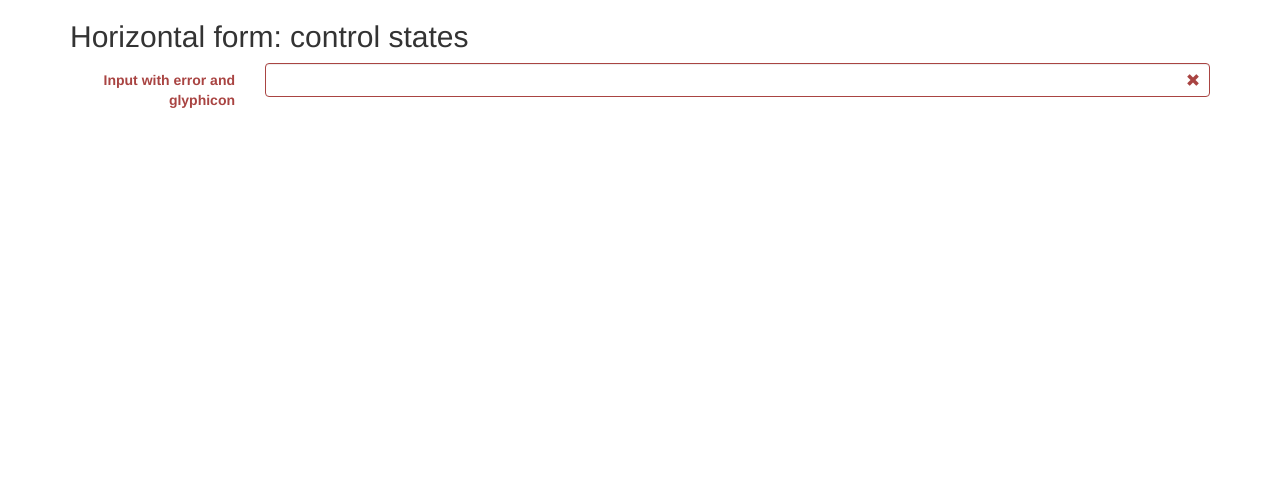
Repository: jjjikolpp/Developer
Page: http://localhost/myProject/inputColor.jsp
The author's editor kept a copy of each file at every save. The page is drawn from the files as they stood at one save, then again after the next save.
The browser window is 1280 px wide. The pictures show the whole page.
Some web libraries are served in a nearby version. The page is served by Tomcat 9. Nobody is signed in. The application's start-up code is not run.

Above is the page before, as saved 2017-04-07 05:32:24.

After the next save:
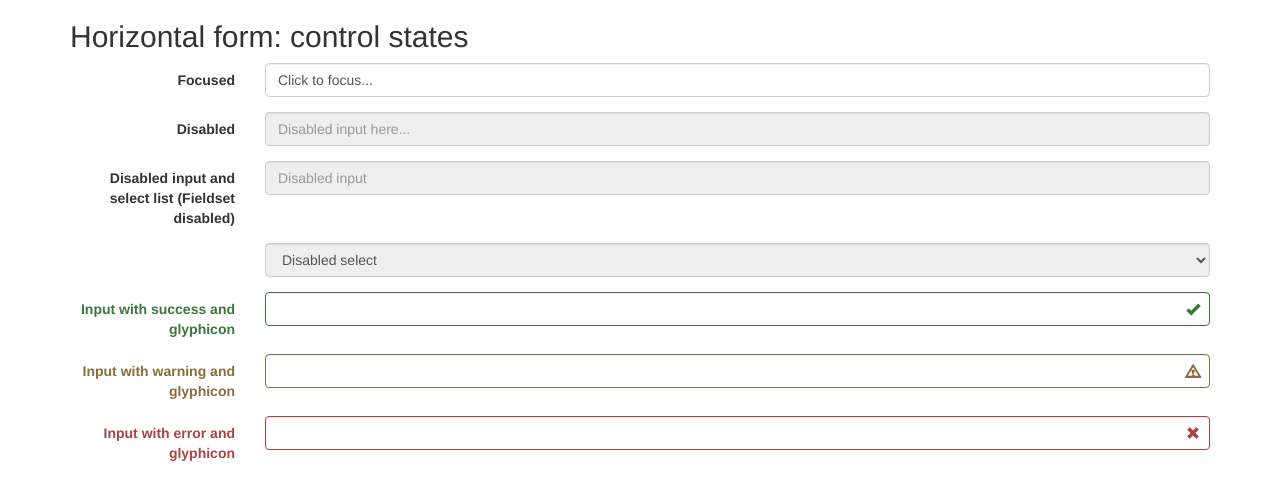
Saved 7 s later.
--- a/myProject/src/main/webapp/inputColor.jsp
+++ b/myProject/src/main/webapp/inputColor.jsp
@@ -15,7 +15,48 @@
 <div class="container">
   <h2>Horizontal form: control states</h2>
   <form class="form-horizontal">
-
+    <div class="form-group">
+      <label class="col-sm-2 control-label">Focused</label>
+      <div class="col-sm-10">
+        <input class="form-control" id="focusedInput" type="text" value="Click to focus...">
+      </div>
+    </div>
+    <div class="form-group">
+      <label for="inputPassword" class="col-sm-2 control-label">Disabled</label>
+      <div class="col-sm-10">
+        <input class="form-control" id="disabledInput" type="text" placeholder="Disabled input here..." disabled>
+      </div>
+    </div>
+    <fieldset disabled>
+      <div class="form-group">
+        <label for="disabledTextInput" class="col-sm-2 control-label">Disabled input and select list (Fieldset disabled)</label>
+        <div class="col-sm-10">
+          <input type="text" id="disabledTextInput" class="form-control" placeholder="Disabled input">
+        </div>
+      </div>
+      <div class="form-group">
+        <label for="disabledSelect" class="col-sm-2 control-label"></label>
+        <div class="col-sm-10">
+          <select id="disabledSelect" class="form-control">
+            <option>Disabled select</option>
+          </select>
+        </div>
+      </div>
+    </fieldset>
+    <div class="form-group has-success has-feedback">
+      <label class="col-sm-2 control-label" for="inputSuccess">Input with success and glyphicon</label>
+      <div class="col-sm-10">
+        <input type="text" class="form-control" id="inputSuccess">
+        <span class="glyphicon glyphicon-ok form-control-feedback"></span>
+      </div>
+    </div>
+    <div class="form-group has-warning has-feedback">
+      <label class="col-sm-2 control-label" for="inputWarning">Input with warning and glyphicon</label>
+      <div class="col-sm-10">
+        <input type="text" class="form-control" id="inputWarning">
+        <span class="glyphicon glyphicon-warning-sign form-control-feedback"></span>
+      </div>
+    </div>
     <div class="form-group has-error has-feedback">
       <label class="col-sm-2 control-label" for="inputError">Input with error and glyphicon</label>
       <div class="col-sm-10">

After the save that followed:
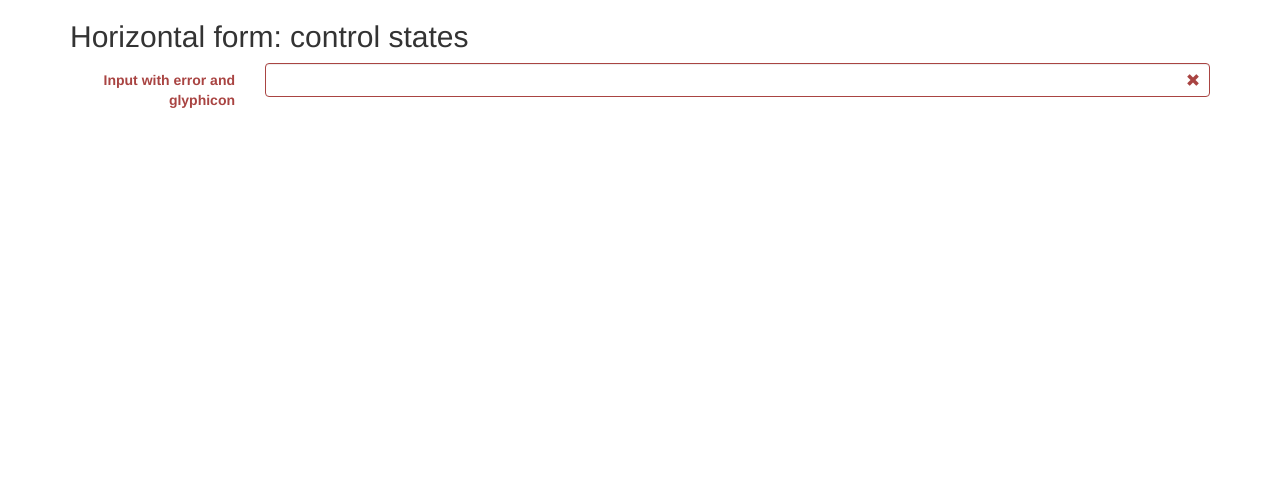
Saved 8 s later.
--- a/myProject/src/main/webapp/inputColor.jsp
+++ b/myProject/src/main/webapp/inputColor.jsp
@@ -15,48 +15,7 @@
 <div class="container">
   <h2>Horizontal form: control states</h2>
   <form class="form-horizontal">
-    <div class="form-group">
-      <label class="col-sm-2 control-label">Focused</label>
-      <div class="col-sm-10">
-        <input class="form-control" id="focusedInput" type="text" value="Click to focus...">
-      </div>
-    </div>
-    <div class="form-group">
-      <label for="inputPassword" class="col-sm-2 control-label">Disabled</label>
-      <div class="col-sm-10">
-        <input class="form-control" id="disabledInput" type="text" placeholder="Disabled input here..." disabled>
-      </div>
-    </div>
-    <fieldset disabled>
-      <div class="form-group">
-        <label for="disabledTextInput" class="col-sm-2 control-label">Disabled input and select list (Fieldset disabled)</label>
-        <div class="col-sm-10">
-          <input type="text" id="disabledTextInput" class="form-control" placeholder="Disabled input">
-        </div>
-      </div>
-      <div class="form-group">
-        <label for="disabledSelect" class="col-sm-2 control-label"></label>
-        <div class="col-sm-10">
-          <select id="disabledSelect" class="form-control">
-            <option>Disabled select</option>
-          </select>
-        </div>
-      </div>
-    </fieldset>
-    <div class="form-group has-success has-feedback">
-      <label class="col-sm-2 control-label" for="inputSuccess">Input with success and glyphicon</label>
-      <div class="col-sm-10">
-        <input type="text" class="form-control" id="inputSuccess">
-        <span class="glyphicon glyphicon-ok form-control-feedback"></span>
-      </div>
-    </div>
-    <div class="form-group has-warning has-feedback">
-      <label class="col-sm-2 control-label" for="inputWarning">Input with warning and glyphicon</label>
-      <div class="col-sm-10">
-        <input type="text" class="form-control" id="inputWarning">
-        <span class="glyphicon glyphicon-warning-sign form-control-feedback"></span>
-      </div>
-    </div>
+
     <div class="form-group has-error has-feedback">
       <label class="col-sm-2 control-label" for="inputError">Input with error and glyphicon</label>
       <div class="col-sm-10">
